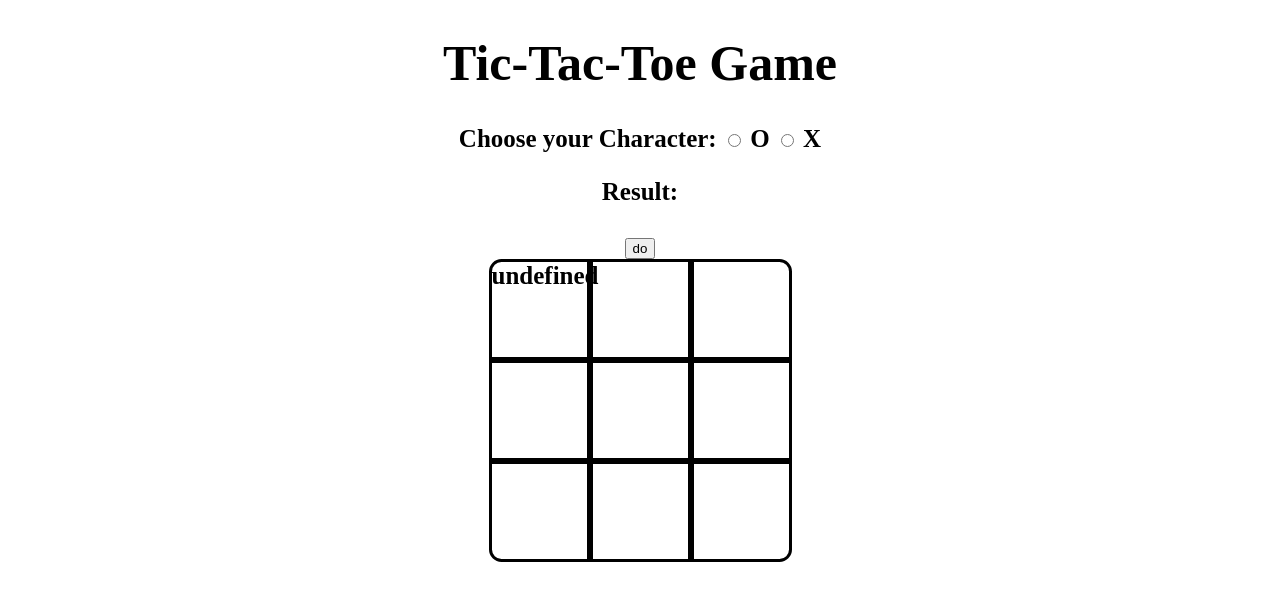
Repository: 0101chaitanya/Tic-Tac-Toe
Page: index.html
The author's editor kept a copy of each file at every save. The page is drawn from the files as they stood at one save, then again after the next save.
The browser window is 1280 px wide. The pictures show the whole page.
After loading, the first visible `#r1Column1` was clicked once.

Above is the page before, as saved 2021-06-10 21:10:36.

After the next save:
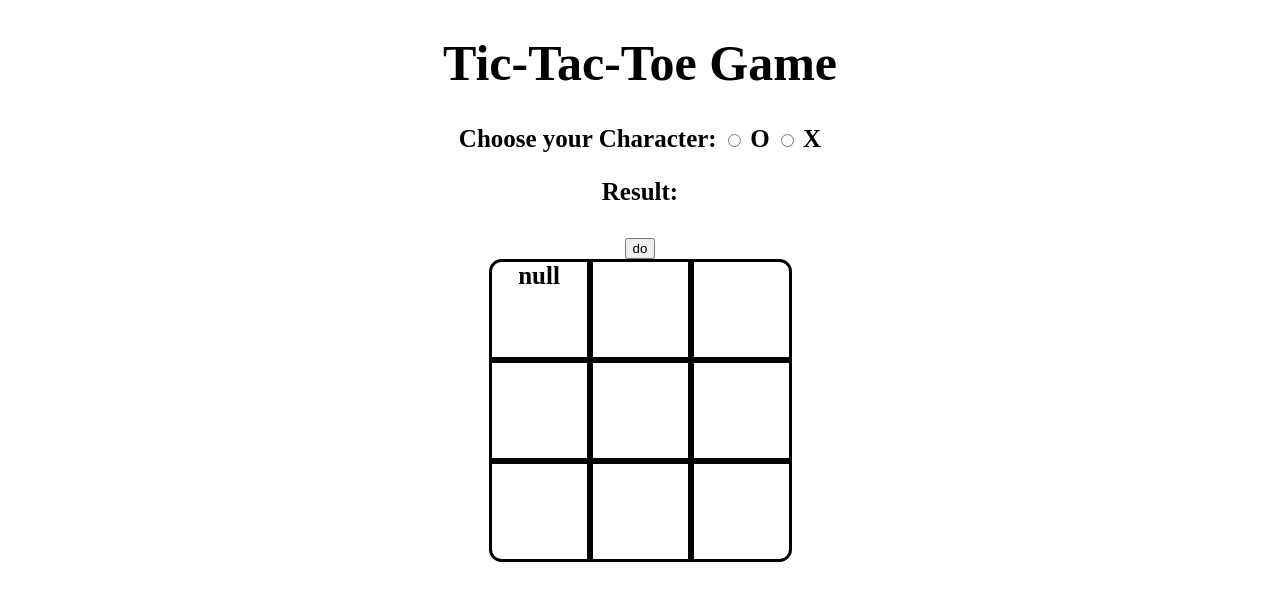
Saved 9 s later.
--- a/script.js
+++ b/script.js
@@ -17,7 +17,7 @@ let eventFun = (function () {
     let setOutput = function (e, index) {
 
         //e.target.textContent = ;
-        window[`${index}` + 'txt'] = runningCharacter;
+        window[`${index}` + 'text'] = runningCharacter;
         console.log(window[`${index}` + 'text']);
         localStorage.setItem(`${index}` + 'text', window[`${index}` + 'text']);
         setContent(index);
